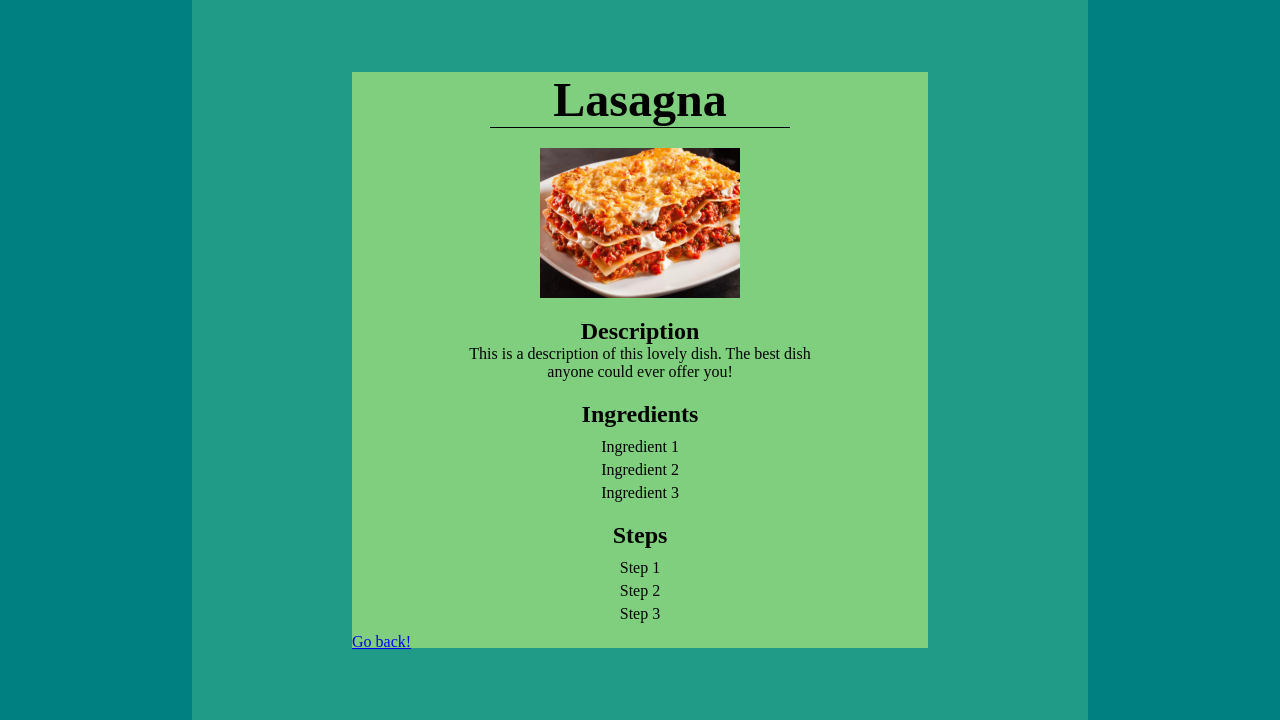
Repository: Pafestivo/odin-recipes
Page: recipes/lasagna.html
An editor plug-in stored every save of this project. The page is shown before and after the next save, followed by the edit.
The browser window is 1280 px wide. The pictures show the whole page.

Above is the page before, as saved 2022-09-24 13:01:39.

### recipes/lasagna.html
<!DOCTYPE html>
<html lang="en">
<head>
    <meta charset="UTF-8">
    <meta name="viewport" content="width=device-width, initial-scale=1.0">
    <link rel="stylesheet" href="../css/recipe-styles.css">
    <title>Recipe-Lasagna</title>
</head>
<body>
    <div class="container">
        <div class="inner">
            <h1>Lasagna</h1>
            <img
            src="../images/lasagna.jpg"
            alt="An image of Lasagna"
            />
            <h2>Description</h2>
            <p>This is a description of this lovely dish. The best dish anyone could ever offer you!</p>

            <h2>Ingredients</h2>
            <ul>
            <li>Ingredient 1</li>
            <li>Ingredient 2</li>
            <li>Ingredient 3</li>
            </ul>

            <h2>Steps</h2>
            <ol>
            <li>Step 1</li>
            <li>Step 2</li>
            <li>Step 3</li>
            </ol>
            <a href="../index.html">Go back!</a>

        </div> <!-- /inner -->
    </div> <!-- /container -->

</body>
</html>

### css/recipe-styles.css
* {
  box-sizing: border-box;
  padding: 0;
  margin: 0;
}

body {
  font-family: serif;
  background-color: #008080;
  padding: 1;
}

.container {
  background-color: #209B87;
  display: flex;
  width: 70vw;
  height: 100vh;
  padding: 1px;
  margin: 0 auto;
}

.inner {
  background-color: #80CF7F;
  width: 45vw;
  height: 80vh;
  margin: auto;
}

h1 {
  text-align: center;
  font-size: 3rem;
  margin: 0 auto 20px auto;
  border-bottom: 1px solid black;
  width: 300px;
}

img {
  display: block;
  margin: 0 auto;
  width: 200px;
  height: 150px;
}

h2 {
  text-align: center;
  font-size: 1.5rem;
  margin: 20px auto 0 auto;
}

p {
  text-align: center;
  width: 350px;
  margin: 0 auto;
}

ul,
ol {
  list-style: none;
  text-align: center;
  margin: 10px;
}

li {
  margin-bottom: 5px;
}

After the next save:
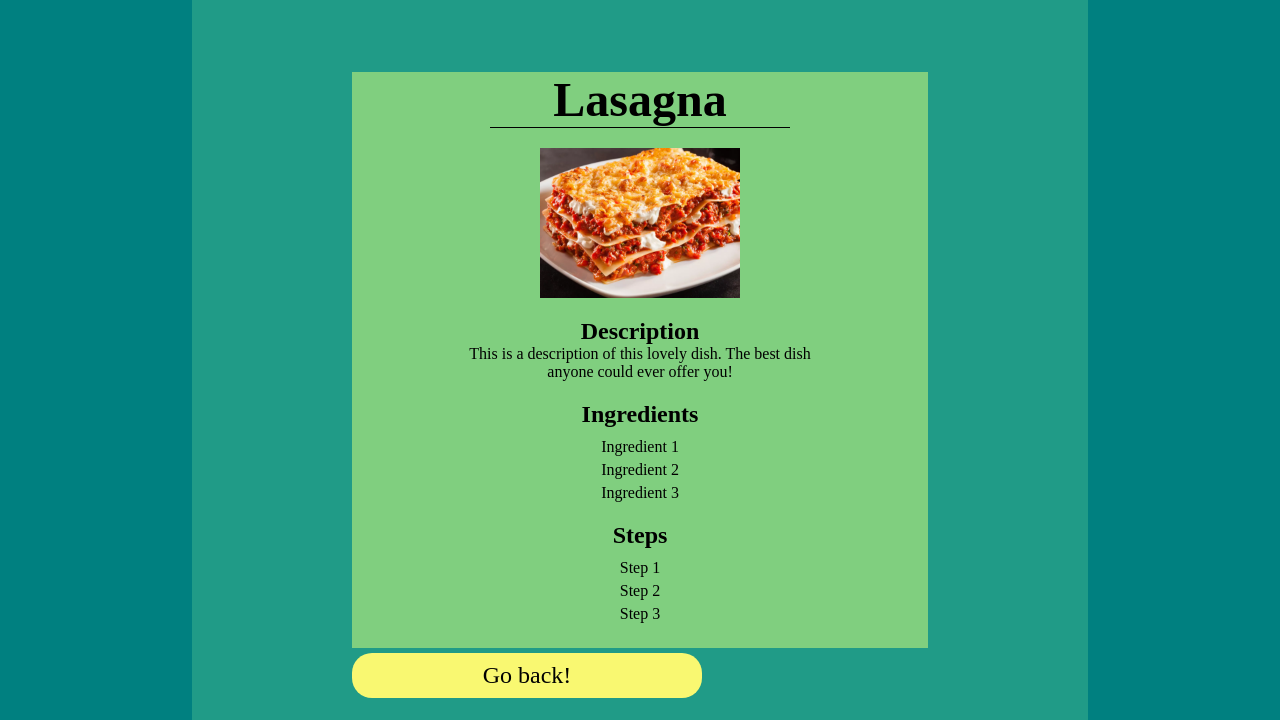
Saved 13 s later.
--- a/css/recipe-styles.css
+++ b/css/recipe-styles.css
@@ -63,3 +63,18 @@ ol {
 li {
   margin-bottom: 5px;
 }
+
+a {
+  display: flex;
+  justify-content: center;
+  align-items: center;
+  margin: 30px 0;
+  width: 350px;
+  font-size: 1.5em;
+  height: 45px;
+  border-radius: 20px;
+  text-decoration: none;
+  color: inherit;
+  background-color: #F9F871;
+  transition: all 0.1s ease-in;
+}
